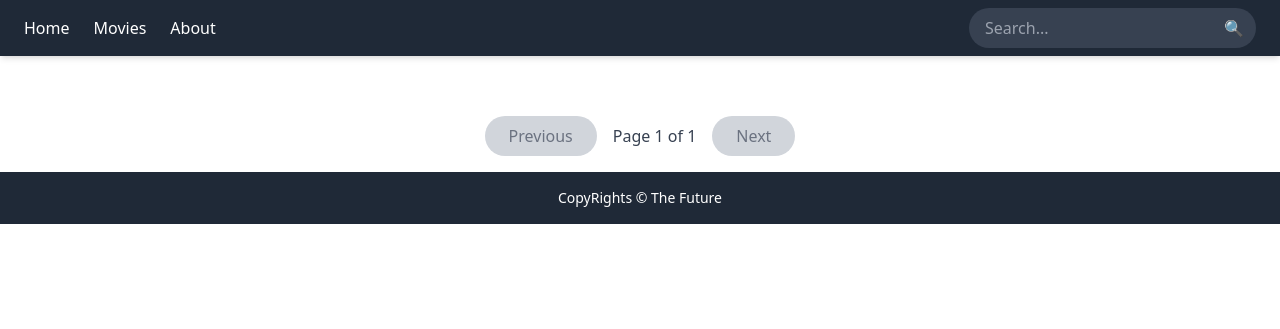
Repository: TheSecretlifeOfX/Movie-Rating
Page: /movies
The author's editor kept a copy of each file at every save. The page is drawn from the files as they stood at one save, then again after a run of saves.
The browser window is 1280 px wide. The pictures show the whole page.
The page's requests for data from a server got no answer. The project was rebuilt for these pictures with package versions that can differ from the ones it lists, and the page was loaded fresh each time. The framework's server and built-in components were replaced by stand-ins that run in the browser. No one was signed in, and anything a server would have sent is missing. Also part of the build but not shown: next.config.ts.

Above is the page before, as saved 2024-11-30 11:37:48.

### app/layout.tsx
'use client';
// import type { Metadata } from "next";
import { metadata } from "./components/metadata";
import localFont from "next/font/local";
import "./globals.css";
import NavBar from "./components/NavBar";
import Footer from "./components/Footer";
import { useState } from "react";

const geistSans = localFont({
  src: "./fonts/GeistVF.woff",
  variable: "--font-geist-sans",
  weight: "100 900",
});
const geistMono = localFont({
  src: "./fonts/GeistMonoVF.woff",
  variable: "--font-geist-mono",
  weight: "100 900",
});

// export const metadata: Metadata = {
//   title: "Create Next App",
//   description: "Generated by create next app",
// };

export default function RootLayout({
  children,
}: Readonly<{
  children: React.ReactNode;
}>) {
  const [searchQuery, setSearchQuery] = useState(""); // State to hold the search query

  // Handle the search query change
  const handleSearch = (query: string) => {
    setSearchQuery(query);
    console.log("Search query:", query); // You can replace this with your actual search logic
  };

  return (
    <html lang="en">
      <body
        className={`${geistSans.variable} ${geistMono.variable} antialiased`}
      >
        <nav>
          {/* Pass the handleSearch function to NavBar */}
          <NavBar onSearch={handleSearch} />
        </nav>
        {children}
        <footer>
          <Footer />
        </footer>
      </body>
    </html>
  );
}

### app/movies/page.tsx
'use client';
import React, { useState, useEffect } from "react";
import Link from "next/link"; // Import Link to navigate between pages

interface Movie {
  id: string;
  title: string;
  year: string;
  poster: string;
}

const MoviesListPage = () => {
  const [movies, setMovies] = useState<Movie[]>([]); // Movies state
  const [loading, setLoading] = useState(false); // Loading state
  const [currentPage, setCurrentPage] = useState(1); // State for current page
  const [totalPages, setTotalPages] = useState(1); // State for total pages
  const API_KEY = "9fdf7fc087msh47597c2b0f97da9p1ae2cbjsn3dcc4a7f3a4b"; // RapidAPI key

  // Fetch movies based on the current page
  useEffect(() => {
    const fetchMovies = async () => {
      setLoading(true);
      const url = `https://moviesdatabase.p.rapidapi.com/titles?page=${currentPage}&limit=10`; // Added pagination with page and limit
      const options = {
        method: "GET",
        headers: {
          "x-rapidapi-key": API_KEY,
          "x-rapidapi-host": "moviesdatabase.p.rapidapi.com",
        },
      };

      try {
        const response = await fetch(url, options);
        const data = await response.json();
        const formattedMovies = data.results.map((item: any) => ({
          id: item.id,
          title: item.titleText.text,
          year: item.releaseYear?.year || "N/A",
          poster: item.primaryImage?.url || "https://via.placeholder.com/300x400.png",
        }));
        setMovies(formattedMovies);

        // Assuming the API response provides the total number of pages
        setTotalPages(data.totalPages || 1); // Update total pages if available
      } catch (error) {
        console.error("Error fetching movies:", error);
      } finally {
        setLoading(false);
      }
    };

    fetchMovies();
  }, [currentPage]); // Re-fetch when currentPage changes

  // Handle the "Next" button click
  const handleNextPage = () => {
    if (currentPage < totalPages) {
      setCurrentPage(currentPage + 1); // Go to the next page
    }
  };

  // Handle the "Previous" button click
  const handlePreviousPage = () => {
    if (currentPage > 1) {
      setCurrentPage(currentPage - 1); // Go to the previous page
    }
  };

  return (
    <div className="container mx-auto p-4">
      <h1 className="text-3xl font-bold text-center mb-8">Movies List</h1>

      {loading ? (
        <p className="text-center text-gray-500">Loading movies...</p>
      ) : (
        <div>
          {/* Movie Grid */}
          <div className="grid grid-cols-1 sm:grid-cols-2 md:grid-cols-3 lg:grid-cols-4 gap-6">
            {movies.map((movie) => (
              <div key={movie.id} className="movie-item bg-white shadow-lg rounded-lg overflow-hidden">
                <Link href={`/movies/${movie.id}`}>

                    <img
                      src={movie.poster}
                      alt={movie.title}
                      className="w-full h-48 object-cover"
                    />
                    <div className="p-4">
                      <h3 className="text-xl font-semibold">{movie.title}</h3>
                      <p className="text-gray-500 text-sm">Year: {movie.year}</p>
                    </div>

                </Link>
              </div>
            ))}
          </div>

          {/* Pagination Controls */}
          <div className="flex justify-center items-center mt-8 space-x-4">
            <button
              onClick={handlePreviousPage}
              disabled={currentPage === 1}
              className={`px-6 py-2 rounded-full ${currentPage === 1 ? "bg-gray-300 text-gray-500 cursor-not-allowed" : "bg-purple-500 text-white hover:bg-purple-700"}`}
            >
              Previous
            </button>

            <span className="text-gray-700">
              Page {currentPage} of {totalPages}
            </span>

            <button
              onClick={handleNextPage}
              disabled={currentPage === totalPages}
              className={`px-6 py-2 rounded-full ${currentPage === totalPages ? "bg-gray-300 text-gray-500 cursor-not-allowed" : "bg-purple-500 text-white hover:bg-purple-700"}`}
            >
              Next
            </button>
          </div>
        </div>
      )}
    </div>
  );
};

export default MoviesListPage;

### app/globals.css
@tailwind base;
@tailwind components;
@tailwind utilities;

/* Background Animation */
@keyframes move-background {
  0% {
    transform: translateX(0) translateY(0);
  }
  50% {
    transform: translateX(-10%) translateY(-10%);
  }
  100% {
    transform: translateX(0) translateY(0);
  }
}

.animate-move-background {
  background-size: 200% 200%;
  animation: move-background 15s infinite alternate linear;
}

/* Slideshow Animation */
@keyframes slide {
  0% {
    transform: translateX(0%);
  }
  33% {
    transform: translateX(-100%);
  }
  66% {
    transform: translateX(-200%);
  }
  100% {
    transform: translateX(0%);
  }
}

.animate-slide {
  animation: slide 10s infinite linear;
}

### app/components/NavBar.tsx
import React from 'react';
import Link from 'next/link'
export default function NavBar() {
  return (
    <nav className="fixed top-0 left-0 w-full bg-gray-800 text-white py-2 px-6 flex justify-between items-center z-50 shadow-md">
      {/* Left: Navigation Links */}
      <div className="flex space-x-6">
        <Link href="/" className="hover:text-gray-400">
          Home
        </Link>
        <Link href="/movies" className="hover:text-gray-400">
          Movies
        </Link>
        <a href="#about" className="hover:text-gray-400">
          About
        </a>
      </div>

      {/* Right: Search Bar */}
      <div className="relative">
        <input
          type="text"
          placeholder="Search..."
          className="pl-4 pr-10 py-2 bg-gray-700 text-white rounded-full outline-none focus:ring-2 focus:ring-purple-500"
        />
        <button
          type="button"
          className="absolute right-3 top-1/2 transform -translate-y-1/2 text-gray-400 hover:text-white"
        >
          🔍
        </button>
      </div>
    </nav>
  );
}

### app/components/Footer.tsx
import React from 'react';

export default function Footer() {
  return (
    <footer className="w-full bg-gray-800 text-white py-4 text-center z-50">
      <p className="text-sm">
        CopyRights © The Future
      </p>
    </footer>
  );
}

Loaded but not shown: tailwind.config.ts (common file)

After the next 2 saves:
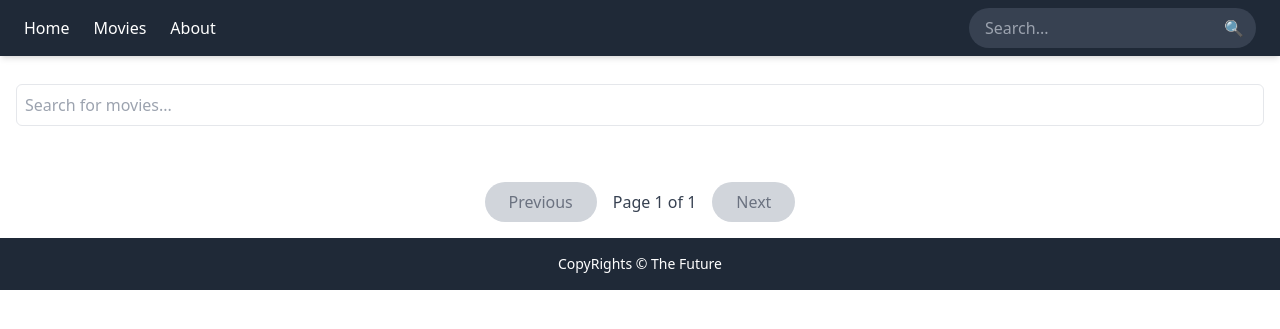
The 2 saves are shown as one change because 1 did not build or start.
The last was saved 55 min 14 s later.
--- a/app/movies/page.tsx
+++ b/app/movies/page.tsx
@@ -14,13 +14,16 @@ const MoviesListPage = () => {
   const [loading, setLoading] = useState(false); // Loading state
   const [currentPage, setCurrentPage] = useState(1); // State for current page
   const [totalPages, setTotalPages] = useState(1); // State for total pages
+  const [searchQuery, setSearchQuery] = useState(''); // State for the search query
   const API_KEY = "9fdf7fc087msh47597c2b0f97da9p1ae2cbjsn3dcc4a7f3a4b"; // RapidAPI key
 
-  // Fetch movies based on the current page
+  // Fetch movies based on the current page and search query
   useEffect(() => {
     const fetchMovies = async () => {
       setLoading(true);
-      const url = `https://moviesdatabase.p.rapidapi.com/titles?page=${currentPage}&limit=10`; // Added pagination with page and limit
+      // If there's a search query, include it in the URL
+      const url = `https://moviesdatabase.p.rapidapi.com/titles?page=${currentPage}&limit=10${searchQuery ? `&search=${searchQuery}` : ''}`;
+
       const options = {
         method: "GET",
         headers: {
@@ -50,7 +53,7 @@ const MoviesListPage = () => {
     };
 
     fetchMovies();
-  }, [currentPage]); // Re-fetch when currentPage changes
+  }, [currentPage, searchQuery]); // Re-fetch when currentPage or searchQuery changes
 
   // Handle the "Next" button click
   const handleNextPage = () => {
@@ -66,9 +69,34 @@ const MoviesListPage = () => {
     }
   };
 
+  // Handle search input change
+  const handleSearchChange = (event: React.ChangeEvent<HTMLInputElement>) => {
+    setSearchQuery(event.target.value);
+    setCurrentPage(1); // Reset to page 1 when the search term changes
+  };
+
+  // Handle search form submit (optional, if you want to use a form)
+  const handleSearchSubmit = (event: React.FormEvent) => {
+    event.preventDefault();
+    setCurrentPage(1); // Reset to page 1 when submitting the search form
+  };
+
   return (
     <div className="container mx-auto p-4">
       <h1 className="text-3xl font-bold text-center mb-8">Movies List</h1>
+
+      {/* Search Bar */}
+      <div className="mb-6">
+        <form onSubmit={handleSearchSubmit}>
+          <input
+            type="text"
+            value={searchQuery}
+            onChange={handleSearchChange}
+            placeholder="Search for movies..."
+            className="w-full p-2 border rounded-md"
+          />
+        </form>
+      </div>
 
       {loading ? (
         <p className="text-center text-gray-500">Loading movies...</p>
@@ -79,17 +107,15 @@ const MoviesListPage = () => {
             {movies.map((movie) => (
               <div key={movie.id} className="movie-item bg-white shadow-lg rounded-lg overflow-hidden">
                 <Link href={`/movies/${movie.id}`}>
-
-                    <img
-                      src={movie.poster}
-                      alt={movie.title}
-                      className="w-full h-48 object-cover"
-                    />
-                    <div className="p-4">
-                      <h3 className="text-xl font-semibold">{movie.title}</h3>
-                      <p className="text-gray-500 text-sm">Year: {movie.year}</p>
-                    </div>
-
+                  <img
+                    src={movie.poster}
+                    alt={movie.title}
+                    className="w-full h-48 object-cover"
+                  />
+                  <div className="p-4">
+                    <h3 className="text-xl font-semibold">{movie.title}</h3>
+                    <p className="text-gray-500 text-sm">Year: {movie.year}</p>
+                  </div>
                 </Link>
               </div>
             ))}
